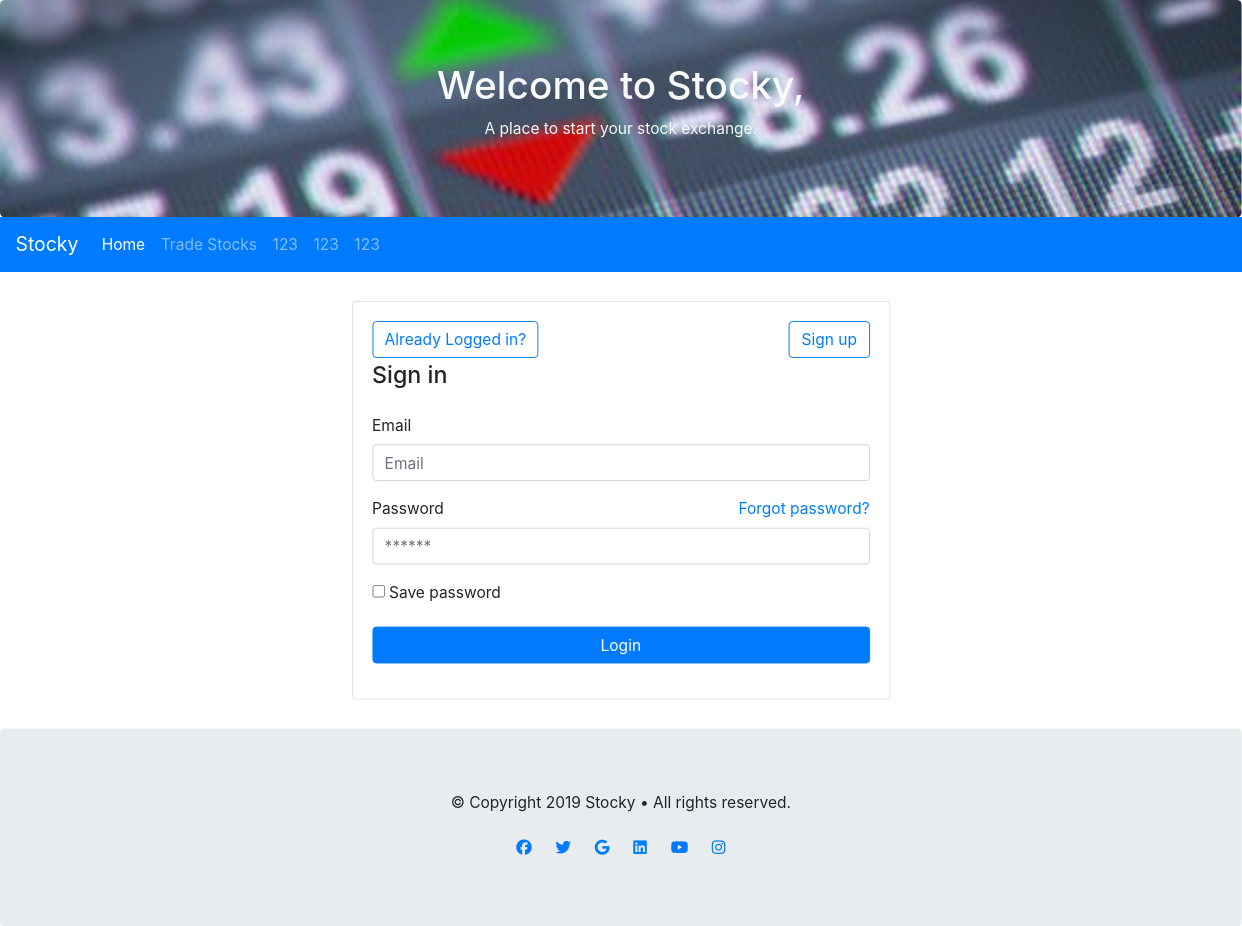
Repository: madfufuu/stocky
Page: http://localhost/stocky/
An editor plug-in stored every save of this project. The page is shown before and after the next save, followed by the edit.
The browser window is 1280 px wide. The pictures show the whole page, at 97% of full size.
Some web libraries are served in a nearby version. The page is served by Tomcat 9. Nobody is signed in. The application's start-up code is not run. Other server files are loaded and not shown.

Above is the page before, as saved 2019-11-29 19:12:44.

### stocky-new-master/stocky/WebContent/index.jsp
<%@ page language="java" contentType="text/html; charset=UTF-8"
    pageEncoding="UTF-8"%>
<%@ page session="false" %>
<!DOCTYPE html>
<html lang="en">
<head>
	<!-- Required meta tags -->
    <meta charset="utf-8">
    <meta name="viewport" content="width=device-width, initial-scale=1, shrink-to-fit=no">

	<!-- Bootstrap CSS -->
	<link rel="stylesheet" href="https://stackpath.bootstrapcdn.com/bootstrap/4.3.1/css/bootstrap.min.css" integrity="sha384-ggOyR0iXCbMQv3Xipma34MD+dH/1fQ784/j6cY/iJTQUOhcWr7x9JvoRxT2MZw1T" crossorigin="anonymous">
	<link rel="stylesheet" type="text/css" href="./style.css">
	<link rel="stylesheet" href="https://cdnjs.cloudflare.com/ajax/libs/font-awesome/4.7.0/css/font-awesome.min.css">

	<title>Stocky</title>
</head>

<body>
	<div class="jumbotron text-center" style="margin-bottom:0" id="jumbotron-top">
  		<h1 class="text-light">Welcome to Stocky,</h1>
 		<p class="text-light">A place to start your stock exchange.</p>
	</div>

	<nav class="navbar navbar-expand-lg navbar-dark bg-primary sticky-top">
  		<a class="navbar-brand" href="index.jsp">Stocky</a>
  		<button class="navbar-toggler" type="button" data-toggle="collapse" data-target="#navbarSupportedContent" aria-controls="navbarSupportedContent" aria-expanded="false" aria-label="Toggle navigation">
    		<span class="navbar-toggler-icon"></span>
  		</button>

  		<div class="collapse navbar-collapse" id="navbarSupportedContent">
			<ul class="navbar-nav mr-auto">
				<li class="nav-item active">
					<a class="nav-link" href="index.jsp">Home<span class="sr-only">(current)</span></a>
				</li>

				<li class="nav-item">
					<a class="nav-link" href="#">Trade Stocks</a>
				</li>

				<li class="nav-item">
					<a class="nav-link" href="#">123</a>
				</li>

				<li class="nav-item">
					<a class="nav-link" href="#">123</a>
				</li>

				<li class="nav-item">
					<a class="nav-link" href="#">123</a>
				</li>

			</ul>

		</div>
	</nav>

	<form method="post" action="http://localhost:8180/webApplication/LoginCheck">
	<div class="container" style="margin-top:30px; margin-bottom:30px">
		<div class="row">
			<div class="col-sm-12 d-flex justify-content-center">


				<div id="signin-form-card" class="card">
					<article class="card-body">
						<a href="member.jsp" class="btn btn-outline-primary">Already Logged in?</a>
						<a href="signup.jsp" class="float-right btn btn-outline-primary">Sign up</a>
						<h4 class="card-title mb-4 mt-1">Sign in</h4>

							<div class="form-group">
								<label>Email</label>
								<input name="email" class="form-control" placeholder="Email" type="email">
							</div> <!-- form-group// -->
							<div class="form-group">
								<a class="float-right" href="#">Forgot password?</a>
								<label>Password</label>
								<input class="form-control" placeholder="******" type="password" name="password">
							</div> <!-- form-group// -->
							<div class="form-group">
								<div class="checkbox">
									<label> <input type="checkbox"> Save password </label>
								</div> <!-- checkbox .// -->
							</div> <!-- form-group// -->
							<div class="form-group">
								<button type="submit" class="btn btn-primary btn-block" value="login"> Login  </button>
							</div> <!-- form-group// -->

					</article>
				</div> <!-- card.// -->
			</div>
		</div>
	</div>
	</form>

	<div class="jumbotron text-center" style="margin-bottom:0">
		<p>© Copyright 2019 Stocky • All rights reserved.</p>
		<div>
			<a href="#" class="fab fa-facebook"></a> <a href="#"
				class="fab fa-twitter"></a> <a href="#" class="fab fa-google"></a> <a
				href="#" class="fab fa-linkedin"></a> <a href="#"
				class="fab fa-youtube"></a> <a href="#" class="fab fa-instagram"></a>
		</div>
	</div>



	<!-- Optional JavaScript -->
    <!-- jQuery first, then Popper.js, then Bootstrap JS -->
	<script src="https://code.jquery.com/jquery-3.3.1.slim.min.js" integrity="sha384-q8i/X+965DzO0rT7abK41JStQIAqVgRVzpbzo5smXKp4YfRvH+8abtTE1Pi6jizo" crossorigin="anonymous"></script>
	<script src="https://cdnjs.cloudflare.com/ajax/libs/popper.js/1.14.7/umd/popper.min.js" integrity="sha384-UO2eT0CpHqdSJQ6hJty5KVphtPhzWj9WO1clHTMGa3JDZwrnQq4sF86dIHNDz0W1" crossorigin="anonymous"></script>
	<script src="https://stackpath.bootstrapcdn.com/bootstrap/4.3.1/js/bootstrap.min.js" integrity="sha384-JjSmVgyd0p3pXB1rRibZUAYoIIy6OrQ6VrjIEaFf/nJGzIxFDsf4x0xIM+B07jRM" crossorigin="anonymous"></script>
	<script src="https://kit.fontawesome.com/2b9f2b0ca1.js" crossorigin="anonymous"></script>
</body>
</html>

### stocky-new-master/stocky/WebContent/style.css
@charset "UTF-8";
#signin-form-card {
	width: 50%;
}

#signupForm{
	text-align: center;
	margin-top:  30px;
	margin-bottom:  30px;
}

#jumbotron-top {
  background-image: url("assets/jumbotron_bottom.jpg");
  background-size: cover;
}

.fa:hover {
    opacity: 0.7;
}

.fab {
	padding: 10px;
}

#logout-button {
	float: right;
	margin-top: 10px;
}

#addBankAccount-button {
	padding: 15px;
}

After the next save:
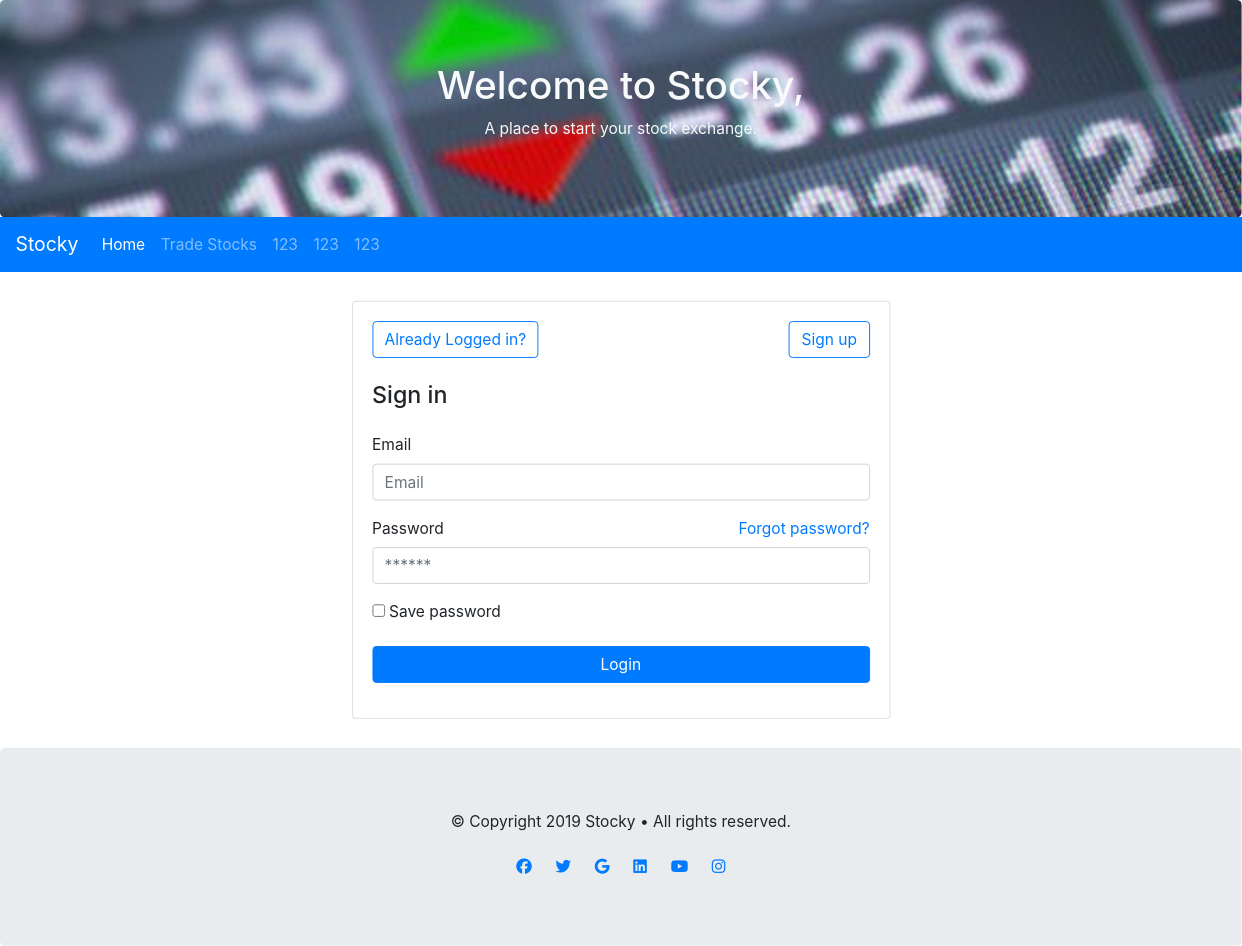
Saved 5 min 45 s later.
--- a/stocky-new-master/stocky/WebContent/index.jsp
+++ b/stocky-new-master/stocky/WebContent/index.jsp
@@ -65,7 +65,7 @@
 					<article class="card-body">
 						<a href="member.jsp" class="btn btn-outline-primary">Already Logged in?</a>
 						<a href="signup.jsp" class="float-right btn btn-outline-primary">Sign up</a>
-						<h4 class="card-title mb-4 mt-1">Sign in</h4>
+						<h4 class="card-title mb-4 mt-4">Sign in</h4>
 
 							<div class="form-group">
 								<label>Email</label>
